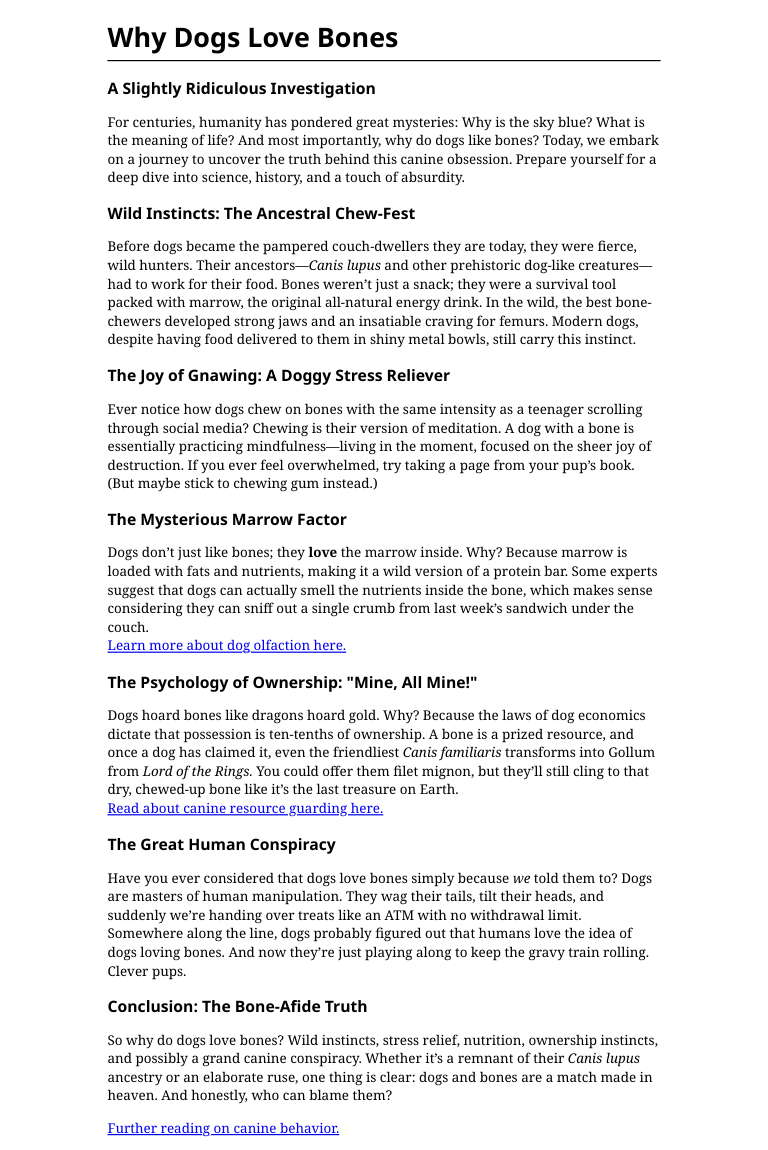
Repository: Leith-vdl/apprentice-challenge-1
Page: index.html
An editor plug-in stored every save of this project. The page is shown before and after the next save, followed by the edit.
The browser window is 1280 px wide. The pictures show the whole page, at 60% of full size.

Above is the page before, as saved 2025-01-31 15:27:38.

### index.html
<!DOCTYPE html>
<html lang="en">
<head>
    <meta charset="UTF-8">
    <meta name="viewport" content="width=device-width, initial-scale=1.0">
    <title>Why Dogs Love Bones</title>
    <link rel="stylesheet" href="styles/styles.css">
</head>
<body>
    <header class="page-header">
        <h1 class="page-header-title">
            Why Dogs Love Bones
        </h1>
    </header>
    <main>
        <section>
            <h3 class="section-title">A Slightly Ridiculous Investigation</h3>
            <p class="section-main-text">
                For centuries, humanity has pondered great mysteries: Why is the sky blue? What is the
                meaning of life? And most importantly, why do dogs like bones? Today, we embark on a
                journey to uncover the truth behind this canine obsession. Prepare yourself for a deep dive into
                science, history, and a touch of absurdity.
            </p>
        </section>
        <section>
            <h3 class="section-title">Wild Instincts: The Ancestral Chew-Fest</h3>
            <p class="section-main-text">
                Before dogs became the pampered couch-dwellers they are today, they were fierce, wild
                hunters. Their ancestors—<i>Canis lupus</i> and other prehistoric dog-like creatures—had to work for
                their food. Bones weren’t just a snack; they were a survival tool packed with marrow, the
                original all-natural energy drink. In the wild, the best bone-chewers developed strong jaws
                and an insatiable craving for femurs. Modern dogs, despite having food delivered to them in
                shiny metal bowls, still carry this instinct.
            </p>
        </section>
        <section>
            <h3 class="section-title">The Joy of Gnawing: A Doggy Stress Reliever</h3>
            <p class="section-main-text">
                Ever notice how dogs chew on bones with the same intensity as a teenager scrolling through
                social media? Chewing is their version of meditation. A dog with a bone is essentially practicing
                mindfulness—living in the moment, focused on the sheer joy of destruction. If you ever feel
                overwhelmed, try taking a page from your pup’s book. (But maybe stick to chewing gum
                instead.)
            </p>
        </section>
        <section>
            <h3 class="section-title">The Mysterious Marrow Factor</h3>
            <p class="section-main-text">
                Dogs don’t just like bones; they <b>love</b> the marrow inside. Why? Because marrow is loaded with
                fats and nutrients, making it a wild version of a protein bar. Some experts suggest that dogs
                can actually smell the nutrients inside the bone, which makes sense considering they can sniff
                out a single crumb from last week’s sandwich under the couch.<br>
                <a href="https://vcahospitals.com/know-your-pet/how-dogs-use-smell-to-perceive-the-world" target="_blank">Learn more about dog olfaction here.</a>
            </p>
        </section>
        <section>
            <h3 class="section-title">The Psychology of Ownership: "Mine, All Mine!"</h3>
            <p class="section-main-text">
                Dogs hoard bones like dragons hoard gold. Why? Because the laws of dog economics dictate
                that possession is ten-tenths of ownership. A bone is a prized resource, and once a dog has
                claimed it, even the friendliest <i>Canis familiaris</i> transforms into Gollum from <i>Lord of the Rings.</i>
                You could offer them filet mignon, but they’ll still cling to that dry, chewed-up bone like it’s the
                last treasure on Earth.<br>
                <a href="https://www.battersea.org.uk/pet-advice/dog-advice/dealing-resource-guarding?gad_source=1&gclid=Cj0KCQiAhvK8BhDfARIsABsPy4h3CRlVVPVANZfAc-HngzDTwKg5KUgeNuAmZD8EIJDuwS7ktlBpRYQaAjNyEALw_wcB" target="_blank">Read about canine resource guarding here.</a>
            </p>
        </section>
        <section>
            <h3 class="section-title">The Great Human Conspiracy</h3>
            <p class="section-main-text">
                Have you ever considered that dogs love bones simply because <i>we</i> told them to? Dogs are
                masters of human manipulation. They wag their tails, tilt their heads, and suddenly we’re
                handing over treats like an ATM with no withdrawal limit. Somewhere along the line, dogs
                probably figured out that humans love the idea of dogs loving bones. And now they’re just
                playing along to keep the gravy train rolling. Clever pups.
            </p>
        </section>
        <section>
            <h3 class="section-title">Conclusion: The Bone-Afide Truth</h3>
            <p class="section-main-text">
                So why do dogs love bones? Wild instincts, stress relief, nutrition, ownership instincts, and
                possibly a grand canine conspiracy. Whether it’s a remnant of their <i>Canis lupus</i> ancestry or an
                elaborate ruse, one thing is clear: dogs and bones are a match made in heaven. And honestly,
                who can blame them?
            </p>
        </section>
    </main>
    <footer>
        <p>
            <a href="https://en.wikipedia.org/wiki/Dog_behavior" target="_blank">Further reading on canine behavior.</a>
        </p>
    </footer>
</body>
</html>

### styles/styles.css
body {
    margin: 1em 8em;
    font-size: 1.4em;
    font-family: Georgia, 'Times New Roman', Times, serif
}

.page-header {
    border-bottom: 2px solid black;
}

h1.page-header-title {

}

h1.page-header-title, h3.section-title {
    font-family: 'Segoe UI', Tahoma, Geneva, Verdana, sans-serif;
    margin-bottom: 0.2em;
}

p.section-main-text {
    padding-bottom: 0em;
}

After the next save:
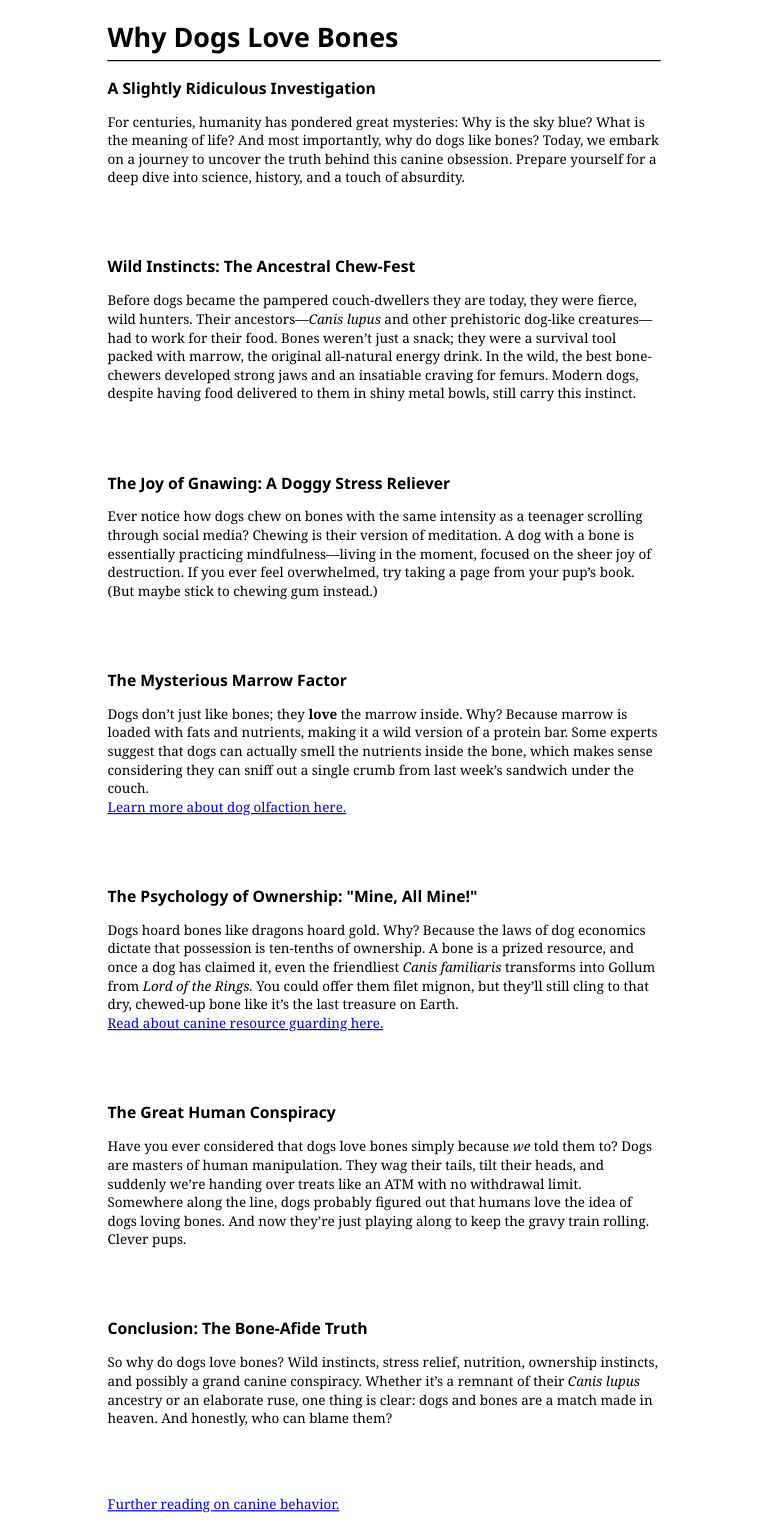
Saved 11 s later.
--- a/styles/styles.css
+++ b/styles/styles.css
@@ -8,15 +8,11 @@ body {
     border-bottom: 2px solid black;
 }
 
-h1.page-header-title {
-
-}
-
 h1.page-header-title, h3.section-title {
     font-family: 'Segoe UI', Tahoma, Geneva, Verdana, sans-serif;
     margin-bottom: 0.2em;
 }
 
 p.section-main-text {
-    padding-bottom: 0em;
+    padding-bottom: 4em;
 }
